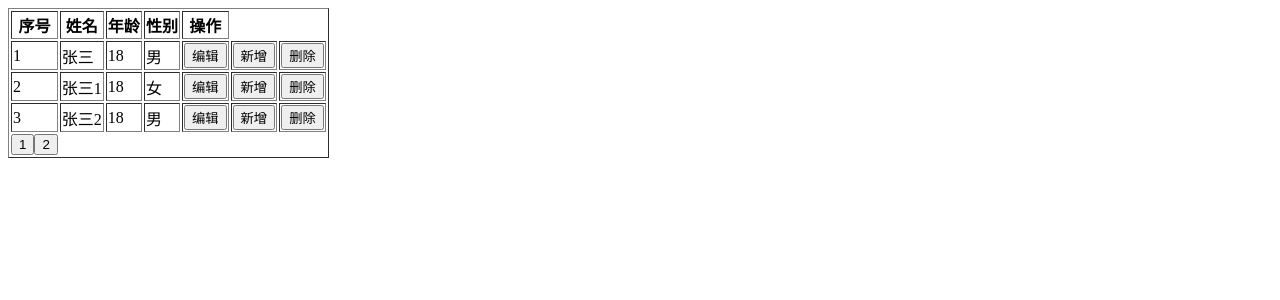
Repository: yuanritian1/5oproject50days
Page: 表格table/index.html
The author's editor kept a copy of each file at every save. The page is drawn from the files as they stood at one save, then again after the next save.
The browser window is 1280 px wide. The pictures show the whole page.

Above is the page before, as saved 2022-09-03 15:41:56.

### 表格table/index.html
<!DOCTYPE html>
<html lang="en">

<head>
    <meta charset="UTF-8">
    <meta http-equiv="X-UA-Compatible" content="IE=edge">
    <meta name="viewport" content="width=device-width, initial-scale=1.0">
    <title>Document</title>
</head>

<body>
    <div id="containerBox">
        <table border="1">
            <thead>
                <tr>
                    <th>
                        序号
                    </th>
                    <th>
                        姓名
                    </th>
                    <th>
                        年龄
                    </th>
                    <th>
                        性别
                    </th>
                    <th>
                        操作
                    </th>
                </tr>
            </thead>
            <tbody id="content">
            </tbody>
            <tfoot id="foot">
            </tfoot>
        </table>
    </div>
</body>

</html>
<script>
    const DATE_ARR = [
        { id: '1', name: '张三', age: '18', sex: '男' },
        { id: '2', name: '张三1', age: '18', sex: '女' },
        { id: '3', name: '张三2', age: '18', sex: '男' },
        { id: '4', name: '张三3', age: '18', sex: '男' },
        { id: '5', name: '张三4', age: '18', sex: '女' },
        { id: '6', name: '张三5', age: '18', sex: '男' },
    ]
    let bodyContent = document.getElementById('content')
    let footContent = document.getElementById('foot')
    function showTable(data) {
        bodyContent.innerHTML = ''
        data.forEach((item) => {
            bodyContent.innerHTML += `
    <tr>
        <td>${item.id}</td>
        <td>${item.name}</td>
        <td>${item.age}</td>
        <td>${item.sex}</td>
        <td><button onclick='edit(${item.id})'>编辑</button></td>
        <td><button>新增</button></td>
        <td><button>删除</button></td>
        </tr>
    `
        })
    }
    function edit(e) {
        for (let i = 0; i < DATE_ARR.length; i++) {
            if (DATE_ARR[i].id === e) {

            }
        }
    }
    function jiequ(value) {
        let arr = DATE_ARR.slice((value - 1) * 3, 3 * value)
        showTable(arr)
    }
    function page(e) {
        jiequ(+e.innerHTML)
    }
    function fenye() {
        let num = Math.ceil(DATE_ARR.length / 3)
        let str = ''
        for (let i = 0; i < num; i++) {
            str += `
<button onclick='page(this)'>${i + 1}</button>
`
        }
        footContent.innerHTML = str
    }
    fenye()
    jiequ(1)
</script>

After the next save:
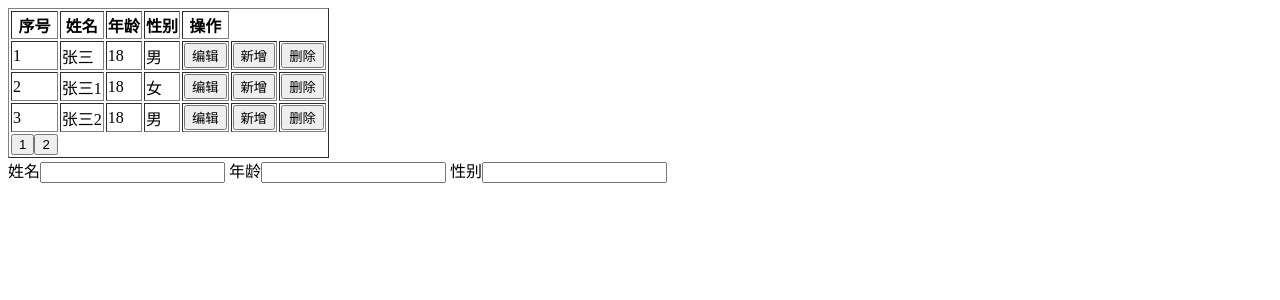
Saved 2 min 33 s later.
--- a/表格table/index.html
+++ b/表格table/index.html
@@ -35,6 +35,13 @@
             <tfoot id="foot">
             </tfoot>
         </table>
+    </div>
+    <div>
+        <form>
+            <label>姓名</label><input type="text">
+            <label>年龄</label><input type="text">
+            <label>性别</label><input type="text">
+        </form>
     </div>
 </body>
 
